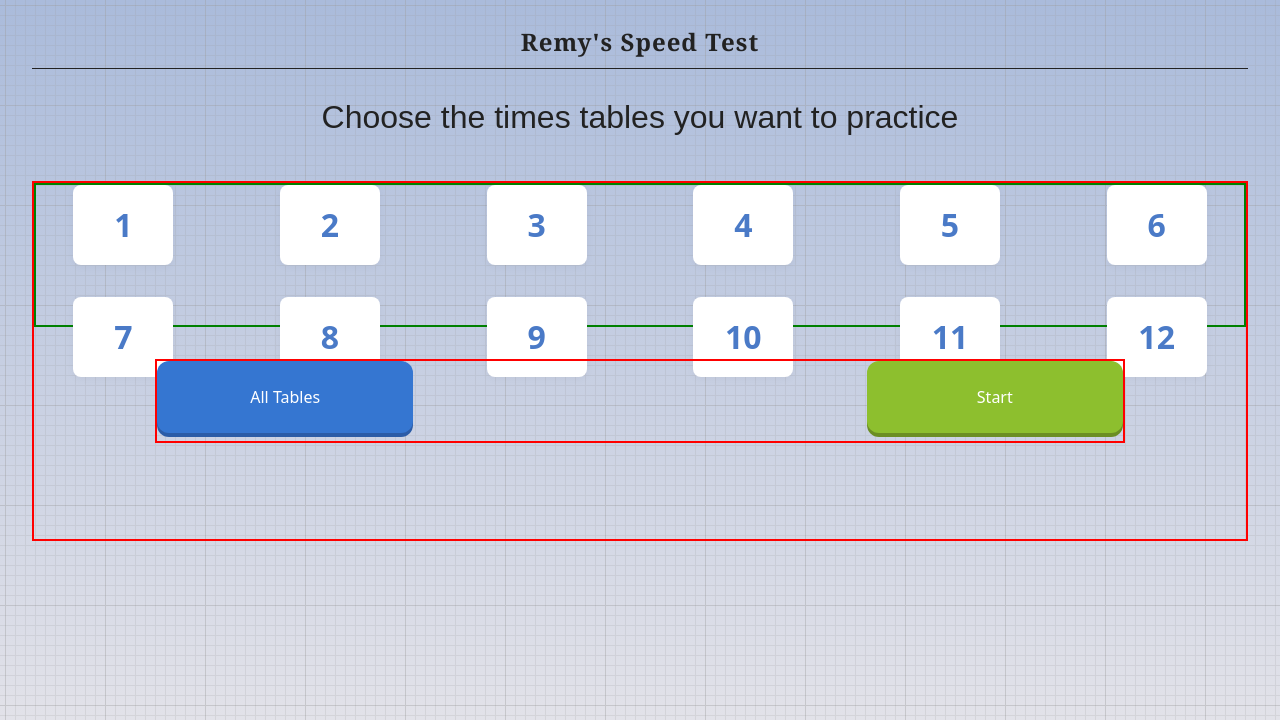
Repository: Chinurum-Omenuko/remys-speed-test
Page: / (app in app/)
An editor plug-in stored every save of this project. The page is shown before and after the next save, followed by the edit.
The browser window is 1280 px wide. The pictures show the whole page.
The project was rebuilt for these pictures with package versions that can differ from the ones it lists, and the page was loaded fresh each time. The framework's server and built-in components were replaced by stand-ins that run in the browser. Also part of the build but not shown: app/svelte.config.js, app/vite.config.ts.

Above is the page before, as saved 2025-11-17 21:22:24.

After the next save:
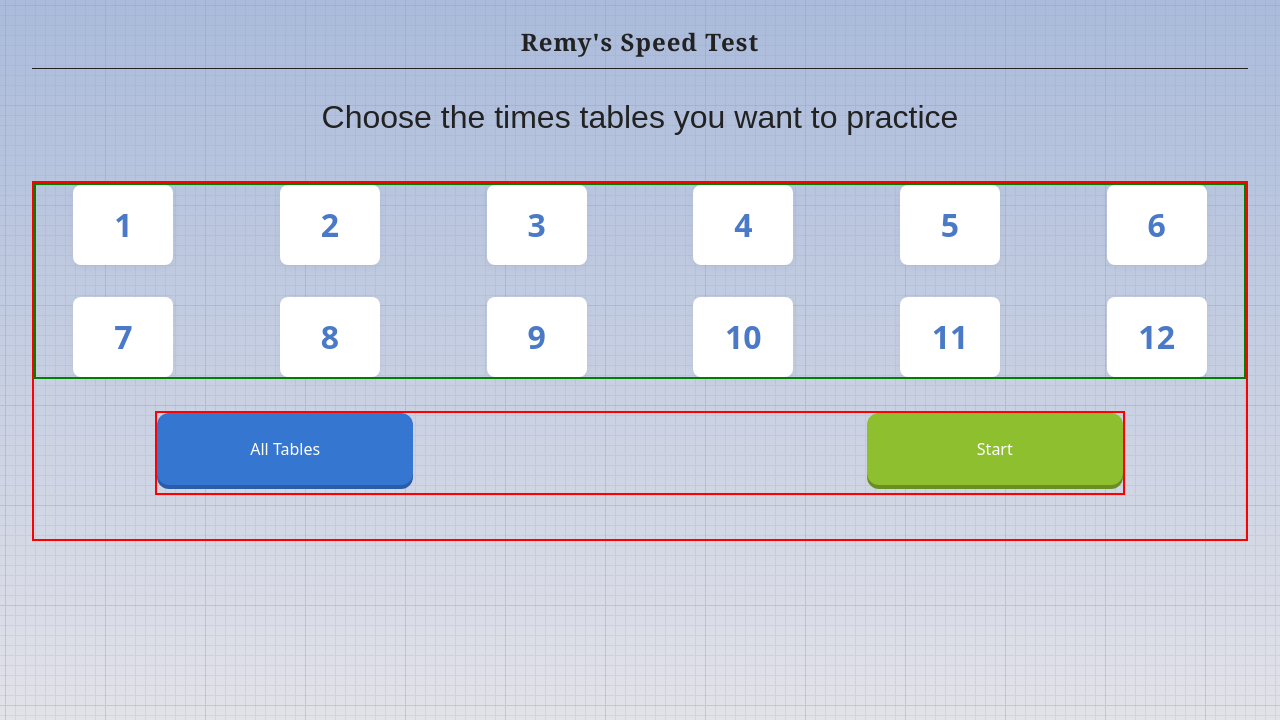
Saved 9 s later.
--- a/app/src/routes/+page.svelte
+++ b/app/src/routes/+page.svelte
@@ -262,7 +262,7 @@
 			grid-template-columns: repeat(6, 1fr);
 			width: 100%;
 			border: solid 2px green;
-			height: 20vh;
+
 		}
 		.content{
 			height: 10%;
